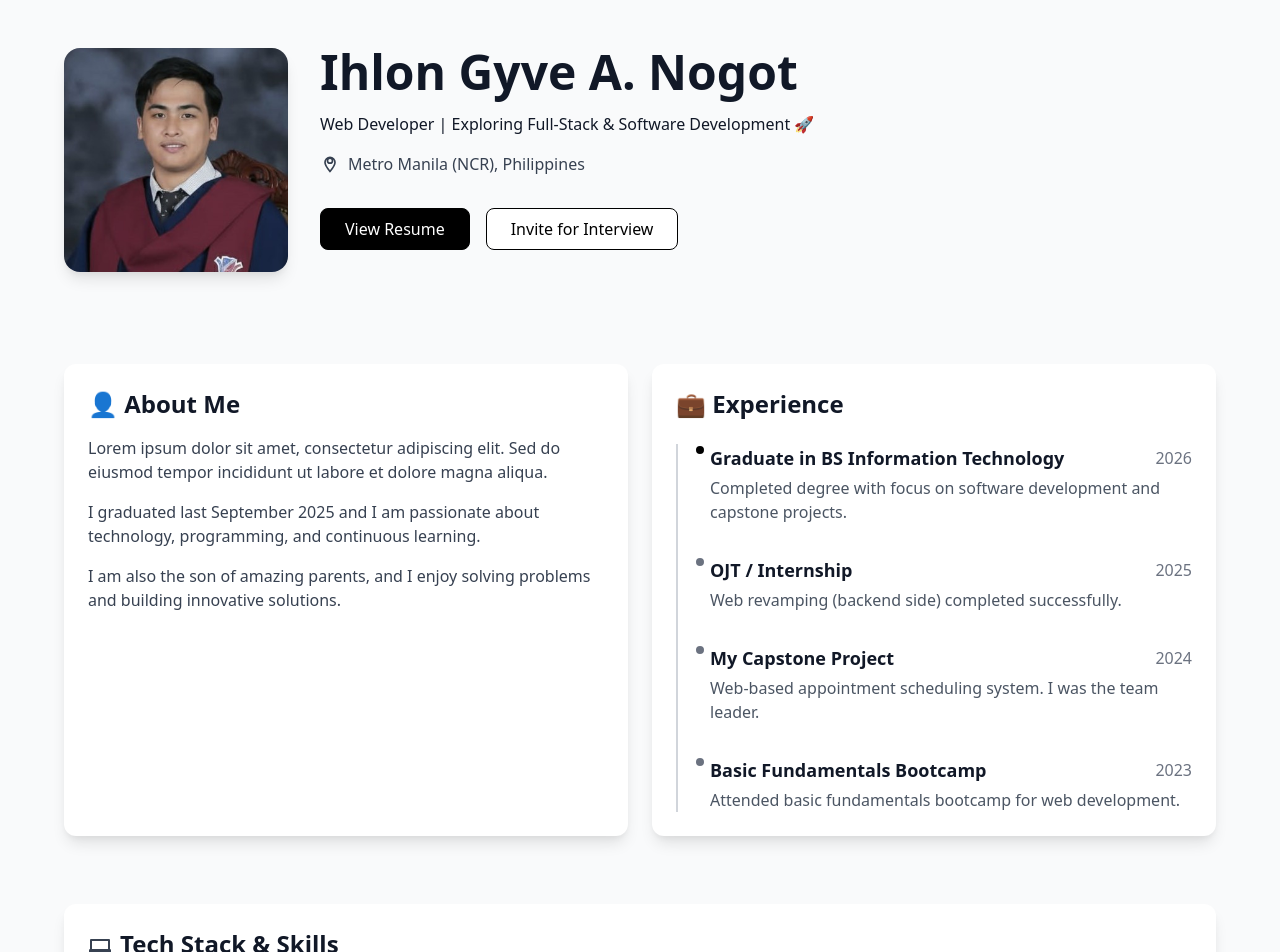
Repository: MeekSharkdev/cv-portfolio
Page: index.html
An editor plug-in stored every save of this project. The page is shown before and after the next save, followed by the edit.
The browser window is 1280 px wide. The pictures show the part of the page from y = 0 to 952 px (the page is 2552 px tall before and 2616 px after).
A picture or video elsewhere on the page could not be fetched, so the positions and the page height are approximate.

Above is the page before, as saved 2026-01-31 20:11:44.
Not found: styles.css

After the next save:
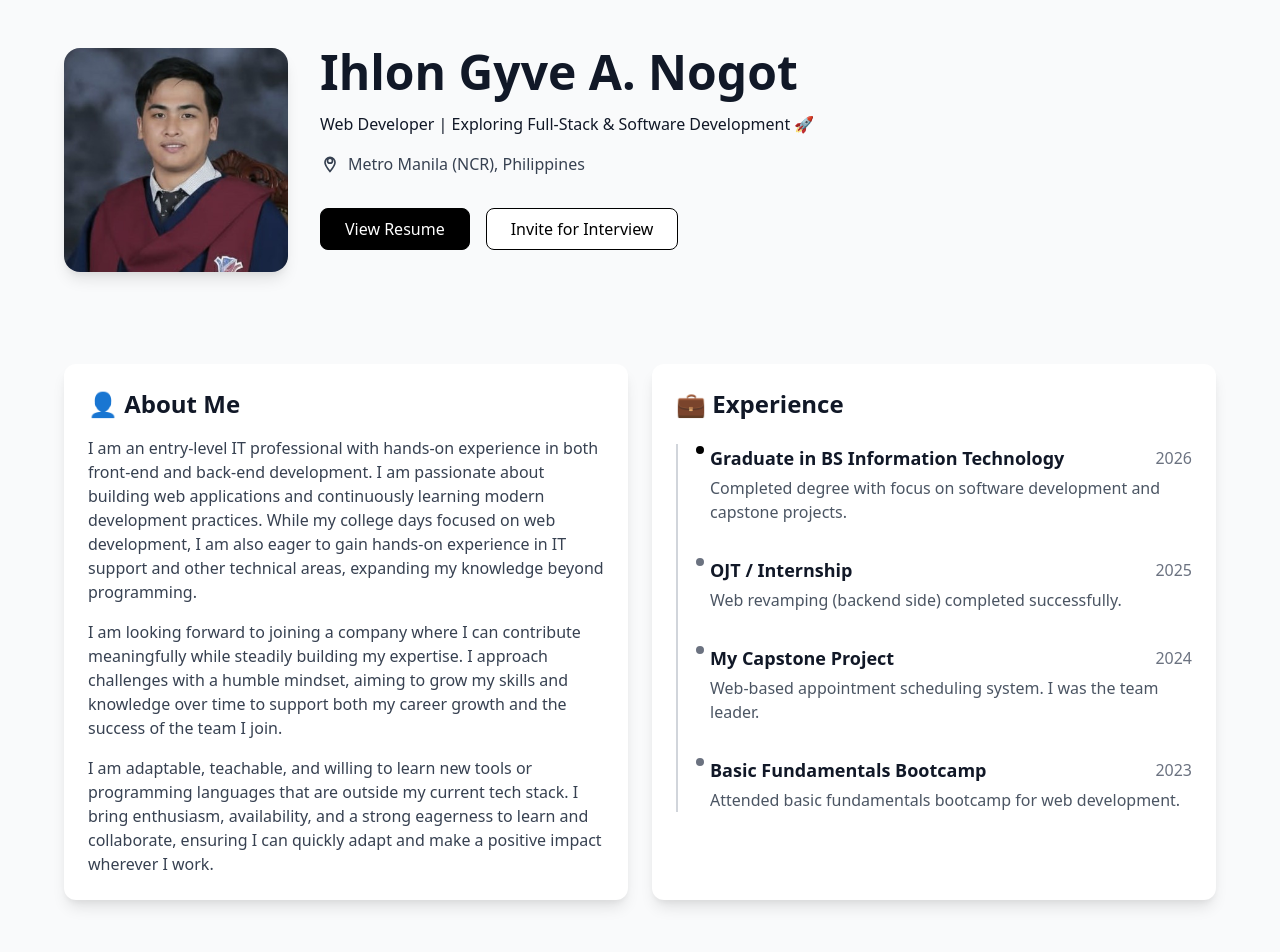
Saved 8 min 14 s later.
--- a/index.html
+++ b/index.html
@@ -80,16 +80,22 @@
                 <h2 class="text-2xl font-semibold">👤  About Me</h2>
             </div>
 
-            <!-- Paragraphs -->
-            <div class="flex flex-col gap-4 text-gray-700">
-                <p>Lorem ipsum dolor sit amet, consectetur adipiscing elit. Sed do eiusmod tempor incididunt ut labore
-                    et
-                    dolore magna aliqua.</p>
-                <p>I graduated last September 2025 and I am passionate about technology, programming, and continuous
-                    learning.</p>
-                <p>I am also the son of amazing parents, and I enjoy solving problems and building innovative solutions.
-                </p>
-            </div>
+        <!-- Paragraphs -->
+        <div class="flex flex-col gap-4 text-gray-700">
+            <p>I am an entry-level IT professional with hands-on experience in both front-end and back-end development. I am
+                passionate about building web applications and continuously learning modern development practices. While my
+                college days focused on web development, I am also eager to gain hands-on experience in IT support and other
+                technical areas, expanding my knowledge beyond programming.</p>
+
+            <p>I am looking forward to joining a company where I can contribute meaningfully while steadily building my
+                expertise. I approach challenges with a humble mindset, aiming to grow my skills and knowledge over time to
+                support both my career growth and the success of the team I join.</p>
+
+            <p>I am adaptable, teachable, and willing to learn new tools or programming languages that are outside my current
+                tech stack. I bring enthusiasm, availability, and a strong eagerness to learn and collaborate, ensuring I can
+                quickly adapt and make a positive impact wherever I work.</p>
+        </div>
+
         </div>
 
         <!-- Experience / Timeline (Right) -->
